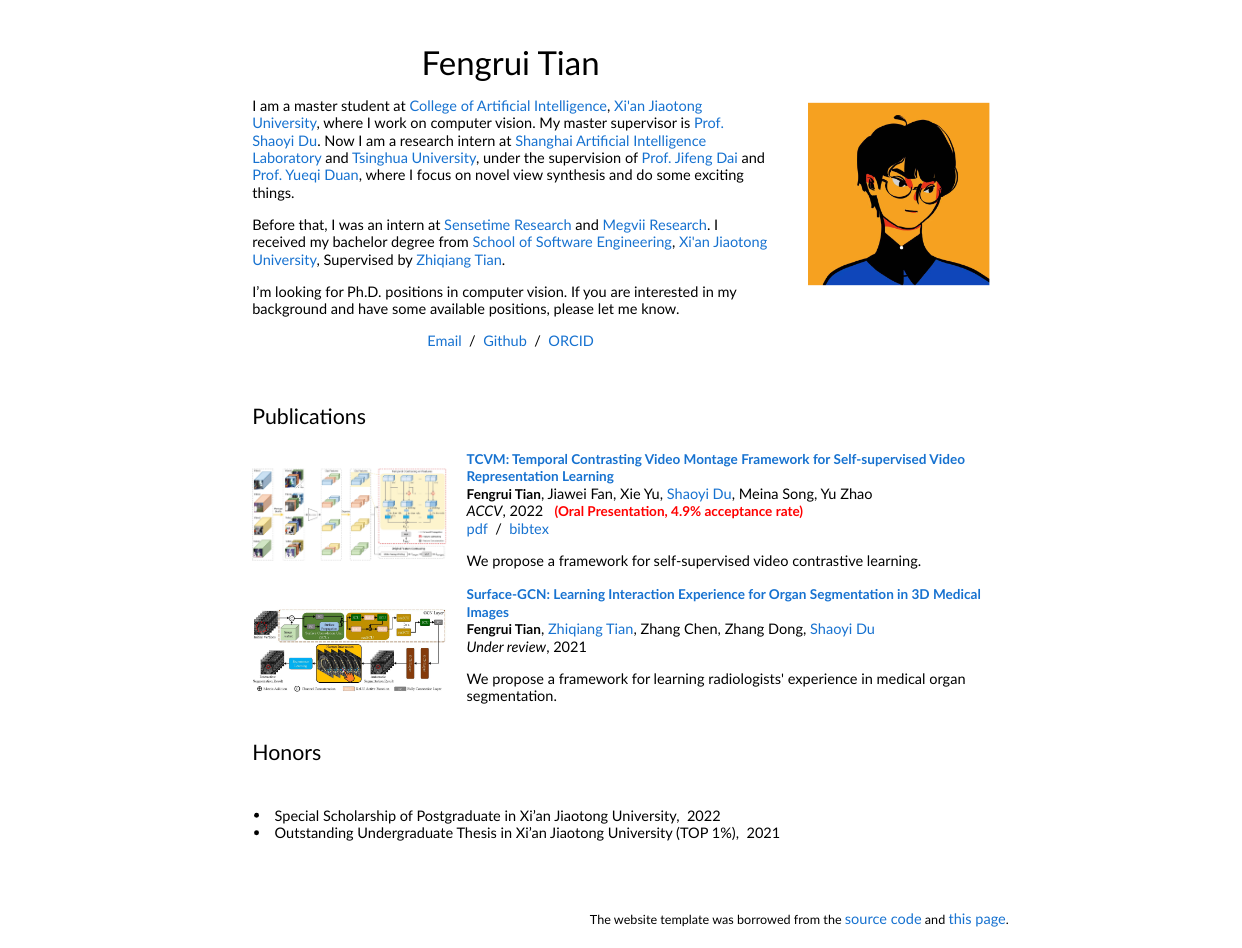
Repository: tianfr/tianfr.github.io
Page: index.html
These files come from the project's save history. The page is drawn as it stood at one moment and after the next save; the edit follows.
The browser window is 1280 px wide. The pictures show the whole page, at 97% of full size.

Above is the page before, as saved 2022-11-20 16:19:32.

After the next save:
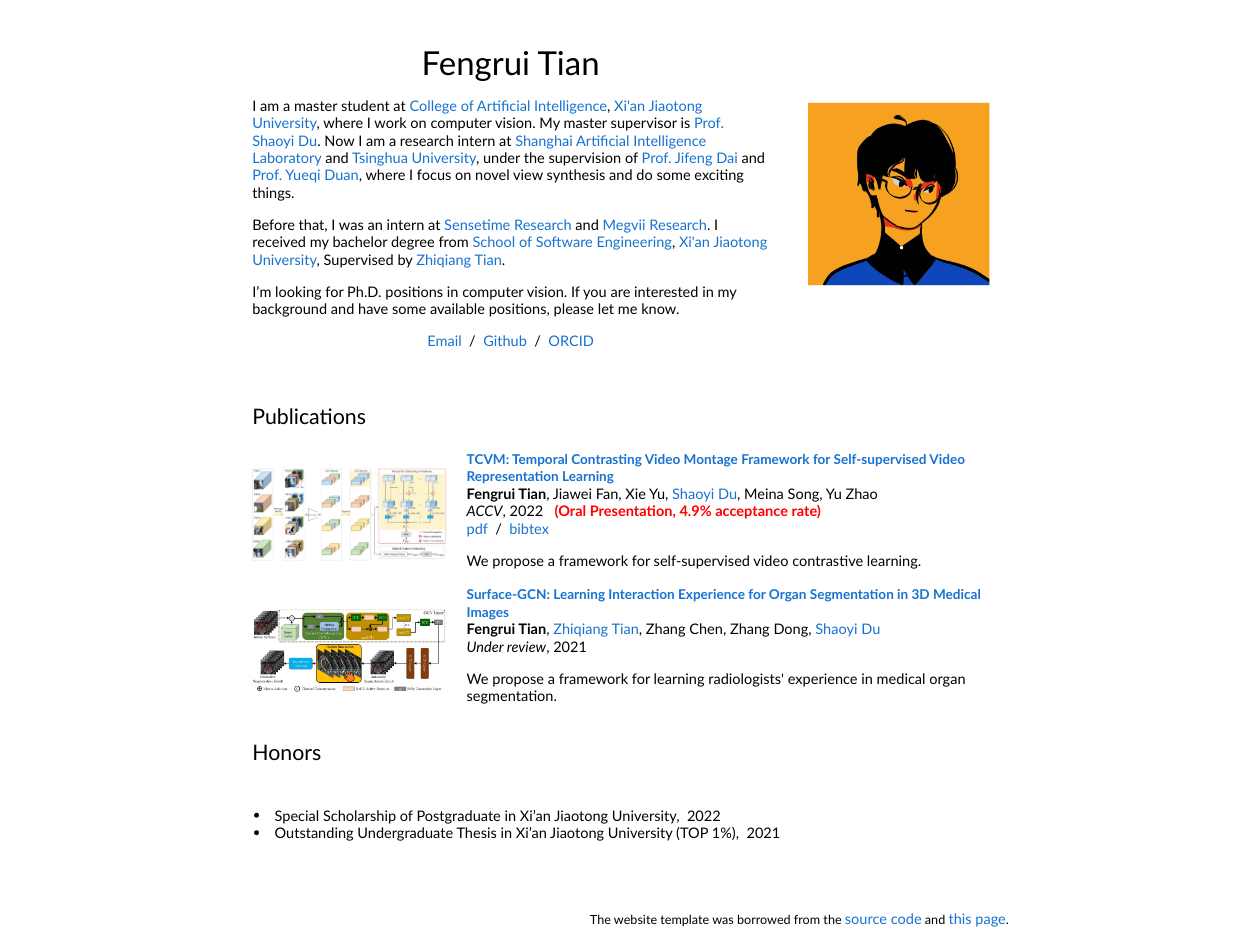
Saved 15 s later.
--- a/stylesheet.css
+++ b/stylesheet.css
@@ -86,7 +86,7 @@ a {
 
 strong {
   font-family: 'Lato', Verdana, Helvetica, sans-serif;
-  font-size: 14px;
+  font-size: 15px;
 }
 
 heading {
